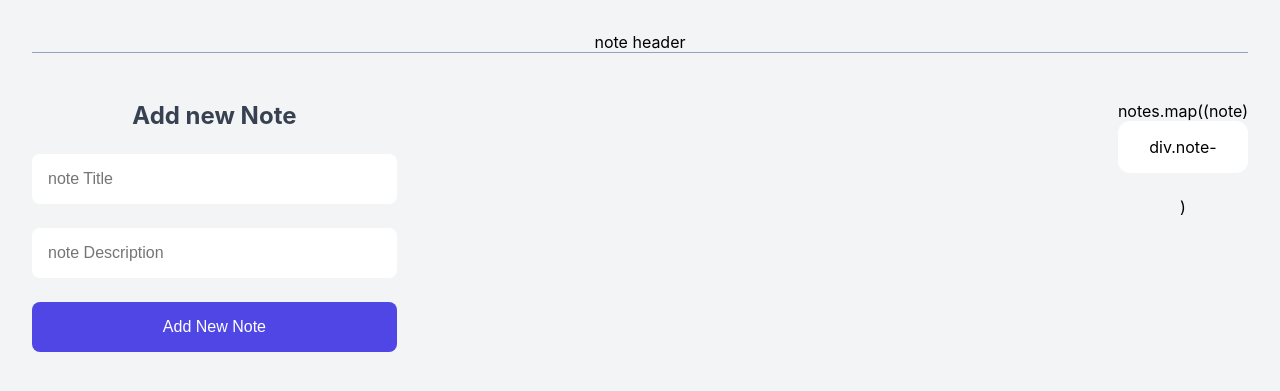
Repository: nikooshahbazi/shahbaziProjects
Page: / (app in dynamicData/)
The author's editor kept a copy of each file at every save. The page is drawn from the files as they stood at one save, then again after the next save.
The browser window is 1280 px wide. The pictures show the whole page.
The project was rebuilt for these pictures with package versions that can differ from the ones it lists, and the page was loaded fresh each time. Also part of the build but not shown: dynamicData/vite.config.js.

Above is the page before, as saved 2024-02-17 18:32:01.

### dynamicData/src/App.jsx
import { useState } from "react";
import "./App.css";
import AddNewNote from "./components/AddNewNote";
import NoteList from "./components/NoteList";

function App() {
  const [notes, setNotes] = useState([]);

  const handleAddNote = (newNote) =>{
    setNotes((prevNotes) => [...prevNotes , newNote])
  }
  return (
    <div className="contianer">
      <div className="note-header">note header</div>
      <div className="note-app">
        <AddNewNote onAddNotes={handleAddNote}/>
        <NoteList notes={notes}/>
      </div>
    </div>
  );
}

export default App;

### dynamicData/src/index.css
:root {
  font-family: Inter, system-ui, Avenir, Helvetica, Arial, sans-serif;
  --bg-color: #f3f4f6;
  --text-700: #374151;
  --text-400: #94a3b8;
  --text-100: #f3f4f6;
  --text-300: #cbd5e1;
  --white: #fff;
  --primary-700: #4338ca;
  --primary-600: #4f46e5;
  --primary-100: #e0e7ff;
  --rose-500: #f43f5e;
}

* {
  padding: 0;
  margin: 0;
  box-sizing: border-box;
  list-style: none;
}

body {
  background-color: var(--bg-color);
  width: 100vw;
  min-height: 100vh;
}

input {
  display: block;
  outline: none;
  border: none;
}

button {
  outline: none;
  border: none;
  cursor: pointer;
}
p {
  text-align: left;
}

h1 {
  margin-bottom: 1.5rem;
  color: var(--text-700);
}

h2 {
  margin-bottom: 1.5rem;
  color: var(--text-700);
}

input[type="checkbox"] {
  transform: scale(1.5);
}

button {
  border: none;
  outline: none;
  cursor: pointer;
  background: none;
}

select {
  padding: 0.5rem 1rem;
  outline: none;
  border: 1px solid var(--text-400);
  border-radius: 0.75rem;
  font-weight: 700;
  color: var(--text-700);
}

.text-field {
  width: 100%;
  padding: 1rem;
  border-radius: 0.5rem;
  color: var(--text-700);
  font-size: 1rem;
}
.btn {
  border-radius: 0.5rem;
  padding: 1rem 1rem;
}

.btn--primary {
  background-color: var(--primary-600);
  color: white;
  font-size: 1rem;
}

### dynamicData/src/App.css
#root {
  max-width: 1280px;
  margin: 0 auto;
  padding: 2rem;
  text-align: center;
}

.note-header {
  display: flex;
  align-items: center;
  justify-content: space-evenly;
  margin-bottom: 3rem;
  border-bottom: 1px solid var(--text-400);
}

.note-app {
  display: flex;
  justify-content: space-between;
  gap: 2rem;
}

.note-form {
  gap: 1.5rem;
  display: grid;
}

.add-new-note {
  width: 30%;
}

.note-container {
  width: 60%;
}

.note-status {
  display: flex;
  justify-content: space-between;
  color: var(--text-400);
  margin-bottom: 2rem;
}

.note-status span {
  border-radius: 2rem;
  display: inline-block;
  background-color: var(--text-400);
  padding: 0.2rem 0.3rem;
  font-size: 0.75rem;
  color: var(--text-100);
}

.note-item {
  padding: 1rem;
  background-color: #fff;
  border-radius: 0.75rem;
  margin-bottom: 1.5rem;
}

.note-item__header {
  display: flex;
  align-items: center;
  justify-content: space-between;
  padding-bottom: 0.3rem;
  margin-bottom: 0.3rem;
  border-bottom: 1px solid var(--text-100);
}

.note-item.completed .title {
  text-decoration: line-through;
}

.note-item.completed {
  opacity: 80%;
}

.note-item__header .title {
  font-size: 1.1rem;
  color: var(--text-700);
  margin-bottom: 0.5rem;
  font-weight: 700;
}

.note-item__header .desc {
  color: var(--text-400);
  margin-bottom: 0.5rem;
  font-weight: 300;
}

.note-item__header .actions {
  display: flex;
  gap: 1.5rem;
  align-items: center;
}

.note-item__header .trash {
  width: 1.5rem;
  height: 1.5rem;
  color: var(--rose-500);
  background: none;
}

.note-item__footer {
  color: var(--text-300);
}

### dynamicData/src/components/AddNewNote.jsx
import { useState } from "react";

function AddNewNote({ onAddNotes }) {
  const [title, setTitle] = useState("");
  const [description, setDescription] = useState("");

  const handleSubmit = (e) => {
    e.preventDefault();
    if (!title || !description) return null;
    const newNote = {
      // ==> for give new Data
      title,
      description,
      id: Date.now(),
      completed: false,
      createdAt: new Date().toISOString(),
    };

    setTitle("");
    setDescription("");
    onAddNotes(newNote);
    console.log(newNote);
  };

  return (
    <div className="add-new-note">
      <h2>Add new Note</h2>
      <form className="note-form" onSubmit={handleSubmit}>
        <input
          value={title}
          onChange={(e) => setTitle(e.target.value)}
          type="text"
          className="text-field"
          placeholder="note Title"
        ></input>
        <input
          value={description}
          onChange={(e) => setDescription(e.target.value)}
          type="text"
          className="text-field"
          placeholder="note Description"
        ></input>
        <button className="btn btn--primary" type="submit">
          Add New Note
        </button>
      </form>
    </div>
  );
}

export default AddNewNote;

### dynamicData/src/components/NoteList.jsx
function NoteList({ notes }) {
  return <div className="note-list">notes.map((note){<NoteItem />})</div>;
}

export default NoteList;

function NoteItem(note) {
  return <div className="note-item">
    div.note-
  </div>;
}

Loaded but not shown: dynamicData/index.html (common file); dynamicData/src/main.jsx (common file)

After the next save:
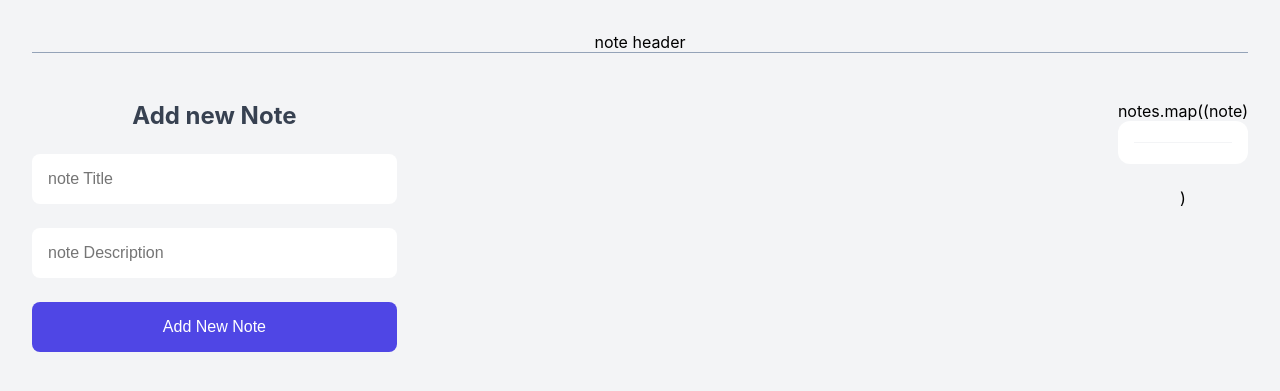
Saved 10 s later.
--- a/dynamicData/src/components/NoteList.jsx
+++ b/dynamicData/src/components/NoteList.jsx
@@ -6,6 +6,6 @@ export default NoteList;
 
 function NoteItem(note) {
   return <div className="note-item">
-    div.note-
+    <div className="note-item__header"></div>
   </div>;
 }
